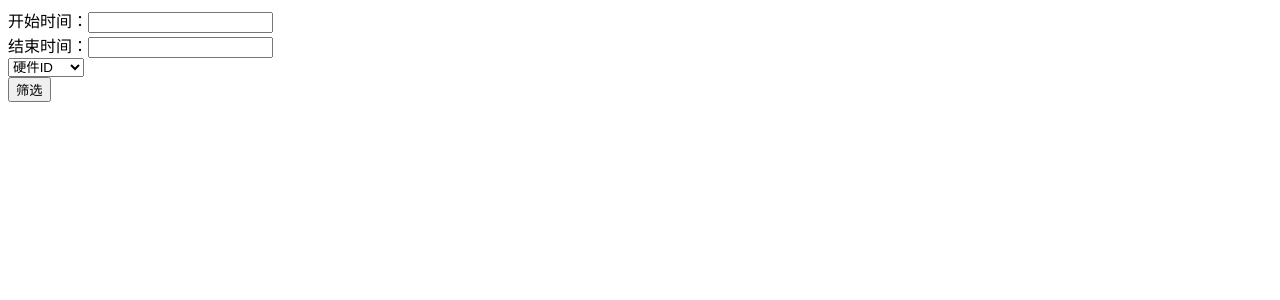
Repository: ruanhuabin/IntelliEyeShade
Page: http://localhost/IntelliEyeShade/statistics/statistics_filter.jsp
The author's editor kept a copy of each file at every save. The page is drawn from the files as they stood at one save, then again after the next save.
The browser window is 1280 px wide. The pictures show the whole page.
The page is served by Tomcat 9. Nobody is signed in. The application's start-up code is not run. Other server files are loaded and not shown.

Above is the page before, as saved 2016-11-21 09:10:49.

### IntelliEyeShade/WebRoot/statistics/statistics_filter.jsp
<%@ page language="java" import="java.util.*" contentType="text/html; charset=utf-8" %>
<%@ taglib prefix="s" uri="/struts-tags"%>
<%
String path = request.getContextPath();
String basePath = request.getScheme()+"://"+request.getServerName()+":"+request.getServerPort()+path+"/";
%>
<!DOCTYPE html>
<html>
	<meta http-equiv="content-type" content="text/html;charset=UTF-8">
	<link rel="stylesheet" type="text/css" href="../css/default.css" />
<head>
<script type="text/javascript">
function check()
{
	//alert("check body");

	var startDate = document.filter.starttime.value;
	var endDate = document.filter.endtime.value;

	var t1 = new Date(startDate.replace(/\-/g, "\/"));
	var t2 = new Date(endDate.replace(/\-/g, "\/"));

	if(startDate == "" || endDate == "")
	{
		alert("请选择开始时间或者结束时间");
		return false;

	}

	 if(startDate!="" && endDate!="" && t1 >=t2)
	 {
		  alert("开始时间不能大于结束时间！");
		  return false;
	 }



	return false;
}


function getSelectFilter(sel)
{


	var typeSelect = sel.value;

	//alert(typeSelect);

	if(typeSelect == "deviceID")
	{

		//alert("You select: " + typeSelect);
		document.filter.starttime.style.display = "none";
	}

	if(typeSelect == "bindingStatus")
	{
		document.filter.starttime.style.display = "";
	}




	return false;
}
</script>

</head>



<body>


<script type="text/javascript" src="../js/Calendar3.js"></script>
<form name="filter" action="<%=path%>/statistics/Statistics_query.action" method="post">
开始时间：<input name="starttime" type="text" id="control_date" size="20"
      maxlength="10" onclick="new Calendar().show(this);" readonly="readonly" />
<br>
结束时间：<input name="endtime" type="text" id="control_date" size="20"
      maxlength="10" onclick="new Calendar().show(this);" readonly="readonly" />
<br>
<select name="keywordSelect" onchange="return getSelectFilter(this)">
                <option value="deviceID" selected>硬件ID</option>
                <option value="bindingStatus">绑定状态</option>
</select>
<br>
<input type="submit" value="筛选" onclick="return check()"/>
</form>

</body>
</html>

### IntelliEyeShade/WebRoot/css/default.css
/* 基本样式 */


/* 去掉图片、表单边框 */
img, form {
	margin:0;
	padding:0;
	border:0;
}

/* 超链接 */
a {
	text-decoration: none;
}
a:link, a:visited {
	color:#063685;
	text-decoration:none;
}
a:hover, a:active {
	color:#FF5500;
	text-decoration:underline;
}

/* 表格 */
table.default {
	border:1px solid #0283c5;
	border-collapse:collapse;
	margin-top:5px;
}
table.default td, table.default tr.style1 td {
	padding:2 5 2 5;
	height:26px;
	border:1px solid #ffffff;
}
table.default tr, table.default tr.style1{
	background-color:#f0f0f0;
}
table.default tr.style0{
	background-color:#dfdfdf;
}
table.default tr.title td, table.default tr.ltitle td {
	font-weight:bold;
	background:#0283c5;
	color:#ffffff;
	border:1px solid #ffffff;
	white-space:nowrap;
	height:26px;
	line-height:26px;
	vertical-align:middle;
}
table.default tr.ltitle td {
	text-align:left;
}
table.default tr.title td {
	text-align:center;
	line-height:26px;
	vertical-align:middle;
}
table.default tr.subtitle td ,table.default tr.lsubtitle td {
	font-weight:bold;
	background:#69f;
	color:#ffffff;
	border:1px solid #ffffff;
	white-space:nowrap;
	height:26px;
	line-height:26px;
	vertical-align:middle;
}
table.default tr.lsubtitle td {
	text-align:left;
}
table.default tr.subtitle td {
	text-align:center;
}

table.default tr.strong td {
	font-weight:bold;
	background:#DDD;
}

table.default tr.stronghl td {
	font-weight:bold;
	background:#FFCC99;
	text-align:center;
}

table.default tr.hl td {
	background:#ffffcc/*#FFFF99*/;
}

table.default td.item {
	font-weight:bold;
	color:#333333;
	text-align:right;
}

table.default td.text {
	line-height:150%;
}

table.default td.opt {
	background:#FFFF99;
	padding-right:10px;
}

table.explain {
	margin-top:5px;
	margin-bottom:5px;
}
table.explain td {
	font-family:宋体;
	font-size:12px;
	border:1px solid #333333;
	background:#f0f0f0;
	padding:8px;
	line-height:120%;
}

table.pages {
	border:0;
}
table.pages td {
	height:26px;
}

table.reswb {
	border:1px solid #0283c5;
	border-collapse:collapse;
	margin-top:10px;
}

table.reswb tr.title td {
	padding:2 5 2 5;
	font-weight:bold;
	background:#0283c5;
	color:#ffffff;
	border:1px solid #ffffff;
	white-space:nowrap;
	height:26px;
	line-height:26px;
	vertical-align:middle;
}

table.default tr.list{
	text-align: center;
	line-height:26px;
	vertical-align:middle;
}

/* 普通信息 */
div.info {
	padding:5px 5px 5px 2px;
	margin-top:10px;
}

/* 前台导航用 */
.tdnormal {
	border-bottom:1px solid white;
}

.tdselected {
	border:1px solid white;
	border-bottom:0;
	font-weight:bold;
}
.navtab td {
	height:30px;
	color:white;
	font-size:9pt;
	text-align:center;
}
a.navbar, a.navbar:visited, a.navbar:active {text-decoration: none;color:#FFF;}
a.navbar:hover {text-decoration: underline;color:#FFF;}


/* 错误信息 */
.errorBox {
	border:1px solid #ff0000;
	padding:5px;
	background:#FFCCCC;
}
.errorMessage {
	color:#cc0000;
}
ul {
	margin-left:30px;
	margin-top:0;
	margin-bottom:0;
}

/* 分页页码样式 */
.selectedPage {
	border:1px solid #999999;
	background:#ffffcc;
	color:#000000;
	padding:0 3px 2px 3px;
}
.noSelectedPage {
	padding:0 3px 0 3px;
}
a.page {
	font-size:12px;
	text-decoration: none;
}
a.page:link, a.page:visited {
	color:#0044DD;
	text-decoration:none;
}
a.page:hover, a.page:active {
	color:#FF5500;
	text-decoration:none;
}

/* 表单元素样式 */
.input_text {
	width:200px;
	margin-right:5px;
}
.notNull {
	color:red;
}
.notice {
	color:#20A8F0;
}

/* 后台任务链接样式 */
a.navlink {
	font-family:宋体;
	height:25px;
	font-weight:normal;
	letter-spacing:1px;
	padding:4 5 0 5;
	background:#e0e0e0;
	border:2px outset;
	FILTER: progid:DXImageTransform.Microsoft.Gradient(GradientType=0, StartColorStr=#ffffff, EndColorStr=#20A8F0);
}

a.navlink {text-decoration: none;color:#000000;}
a.navlink:visited {text-decoration: none;color:#000000;}
a.navlink:active {text-decoration: none;color:#0044DD;}
a.navlink:hover {text-decoration: none;color:#FF5500;}

/* 操作按钮 */
div.oper {
	margin:5px;
	text-align:right;
}

div.oper input {
	margin-left:5px;
	margin-right:5px;
}

/* 背景色 */
.fbg {
	background:#065FB9;
}
.bbg {
	background:#04477C;
}

/* tooltip */
/*
span.tip {
	cursor:default;
}
#tooltip {
	position: absolute;
	z-index: 3000;
	border: 1px solid #111;
	background-color: #eee;
	padding: 5px;
	opacity: 0.85;
}
#tooltip h3, #tooltip div {
	font-size:12px;
	margin: 0;
}
*/

/* 特殊高亮文本 */
span.spec {
	color:#003399;
}

/* 特殊灰色文本 */
span.gray {
	color:#666;
}

/* 黄色背景 */
.bg1 {
	background:#FFCC99;/*#FFFF99;*/
}

/* 绿色背景 */
.bg2 {
	background:#99CC99;
}

/* 文章样式 */

div.title {
	font-size:16px;
	font-weight:bold;
	background:#FFFF99;
	border-bottom:2px solid #000;
	padding:5px;
	margin-bottom:10px;
}

div.content {
	font-size:14px;
	line-height:150%;
}

div.faq-q {
	padding:5px;
	background:#DDD;
	font-weight:bold;
}

div.faq-a {
	padding:5px;
	line-height:150%;
	font-size:16px;
}

/* 问卷样式 */
.option {
	margin-right:10px;
}

.answer {
	background:#060;
	color:white;
	font-weight:bold;
	padding:2px;
}

table.stat {
	border-collapse:collapse;
}
table.stat td {
	border:0;
	padding-left:20px;
}
hr.percent {
	height:10px;
	color:#093;
	border:1px solid black;
}

td.indent {
	padding-left:10px;
}

#page_explain {
	display:none;
}

#navDiv {
	color:#333;
	padding-left:10px;
	line-height:30px;
	background:#CCFF99;
	border-bottom:1px solid #065FB9;
	height:30px;
	padding-top:6px;
}
/*--------分页样式-----------*/
.pager-top {
    overflow:hidden;
    padding:5px 10px 0;
    color:#333333;
    font-family:Tahoma,Verdana,sans-serif,simsun;
    font-size:12px;
    margin-top:10px;
    border-bottom:1px solid #D8DFEA;
}
.pager-top span {
    float:left;
    padding-bottom:6px;
}
.pagerpro {
    float:right;
    list-style-image:none;
    list-style-position:outside;
    list-style-type:none;
    margin:0;
    padding:0;
}
.pagerpro li {
    display:inline;
    float:left;
}
.pagerpro li a.chn {
    font-size:12px;
}
.pagerpro li a {
    display:block;
    font-size:11px;
    padding:3px 3px 2px;
    color:#005EAC;
    text-decoration:none;
}
.pagerpro li a.chn:hover {
    border-bottom:1px solid #005EAC;
}
.pagerpro li a:hover {
    background:#005EAC none repeat scroll 0 0;
    border-bottom:2px solid #005EAC;
    border-color:#D8DFEA #D8DFEA #005EAC;
    color:#FFFFFF;
    text-decoration:none;
}
.pagerpro li.current a, .pagerpro li.current a:hover {
    background:transparent none repeat scroll 0 0;
    border-bottom:2px solid #005EAC;
    border-color:#005EAC;
    color:#005EAC;
    font-weight:700;
    padding-left:2px;
    padding-right:2px;
}
.marquee_txt{
	font-size:12px;
	font-family:"微软雅黑";
	margin-top:5px;
	margin-left:auto;
    margin-right:auto;
    width:222px;
}

### IntelliEyeShade/WebRoot/js/Calendar3.js

/////////////////////////调用实例
//        <div>
//                <span>交易查询：</span> <span>从
//                    <input name="control_date" type="text" id="control_date" size="10"
//                        maxlength="10" onclick="new Calendar().show(this);" readonly="readonly" />
//                    <input type="button" name="button" id="button" value="button" onclick="new Calendar().show(this.form.control_date);" /></span>
//                <span>至
//                    <input name="control_date2" type="text" id="control_date2" size="10"
//                        maxlength="10" onclick="new Calendar().show(this);" readonly="readonly" />
//                    <input type="button" name="button" id="button1" value="button" onclick="new Calendar().show(this.form.control_date2);" /></span>

//        </div>


/**
 * Calendar
 * @param   beginYear           1990
 * @param   endYear             2010
 * @param   language            0(zh_cn)|1(en_us)|2(en_en)|3(zh_tw)
 * @param   patternDelimiter    "-"
 * @param   date2StringPattern  "yyyy-MM-dd"
 * @param   string2DatePattern  "ymd"
 * @version 1.0 build 2006-04-01
 * @version 1.1 build 2006-12-17
 * @author  KimSoft (jinqinghua [at] gmail.com)
 * NOTE!    you can use it free, but keep the copyright please
 * IMPORTANT:you must include this script file inner html body elment
 */
function Calendar(beginYear, endYear, language, patternDelimiter, date2StringPattern, string2DatePattern) {
	this.beginYear = beginYear || 1990;
	this.endYear   = endYear   || 2020;
	this.language  = language  || 0;
	this.patternDelimiter = patternDelimiter     || "-";
	this.date2StringPattern = date2StringPattern || Calendar.language["date2StringPattern"][this.language].replace(/\-/g, this.patternDelimiter);
	this.string2DatePattern = string2DatePattern || Calendar.language["string2DatePattern"][this.language];

	this.dateControl = null;
	this.panel  = this.getElementById("__calendarPanel");
	this.iframe = window.frames["__calendarIframe"];
	this.form   = null;

	this.date = new Date();
	this.year = this.date.getFullYear();
	this.month = this.date.getMonth();

	this.colors = {"bg_cur_day":"#00CC33","bg_over":"#EFEFEF","bg_out":"#FFCC00"}
};

Calendar.language = {
	"year"   : ["\u5e74", "", "", "\u5e74"],
	"months" : [
				["\u4e00\u6708","\u4e8c\u6708","\u4e09\u6708","\u56db\u6708","\u4e94\u6708","\u516d\u6708","\u4e03\u6708","\u516b\u6708","\u4e5d\u6708","\u5341\u6708","\u5341\u4e00\u6708","\u5341\u4e8c\u6708"],
				["JAN","FEB","MAR","APR","MAY","JUN","JUL","AUG","SEP","OCT","NOV","DEC"],
				["JAN","FEB","MAR","APR","MAY","JUN","JUL","AUG","SEP","OCT","NOV","DEC"],
				["\u4e00\u6708","\u4e8c\u6708","\u4e09\u6708","\u56db\u6708","\u4e94\u6708","\u516d\u6708","\u4e03\u6708","\u516b\u6708","\u4e5d\u6708","\u5341\u6708","\u5341\u4e00\u6708","\u5341\u4e8c\u6708"]
				],
	"weeks"  : [["\u65e5","\u4e00","\u4e8c","\u4e09","\u56db","\u4e94","\u516d"],
				["Sun","Mon","Tur","Wed","Thu","Fri","Sat"],
				["Sun","Mon","Tur","Wed","Thu","Fri","Sat"],
				["\u65e5","\u4e00","\u4e8c","\u4e09","\u56db","\u4e94","\u516d"]
		],
	"clear"  : ["\u6e05\u7a7a", "Clear", "Clear", "\u6e05\u7a7a"],
	"today"  : ["\u4eca\u5929", "Today", "Today", "\u4eca\u5929"],
	"close"  : ["\u5173\u95ed", "Close", "Close", "\u95dc\u9589"],
	"date2StringPattern" : ["yyyy-MM-dd", "yyyy-MM-dd", "yyyy-MM-dd", "yyyy-MM-dd"],
	"string2DatePattern" : ["ymd","ymd", "ymd", "ymd"]
};

Calendar.prototype.draw = function() {
	calendar = this;

	var _cs = [];
	_cs[_cs.length] = '<form id="__calendarForm" name="__calendarForm" method="post">';
	_cs[_cs.length] = '<table id="__calendarTable" width="100%" border="0" cellpadding="3" cellspacing="1" align="center">';
	_cs[_cs.length] = ' <tr>';
	_cs[_cs.length] = '  <th><input class="l" name="goPrevMonthButton" type="button" id="goPrevMonthButton" value="&lt;" \/><\/th>';
	_cs[_cs.length] = '  <th colspan="5"><select class="year" name="yearSelect" id="yearSelect"><\/select><select class="month" name="monthSelect" id="monthSelect"><\/select><\/th>';
	_cs[_cs.length] = '  <th><input class="r" name="goNextMonthButton" type="button" id="goNextMonthButton" value="&gt;" \/><\/th>';
	_cs[_cs.length] = ' <\/tr>';
	_cs[_cs.length] = ' <tr>';
	for(var i = 0; i < 7; i++) {
		_cs[_cs.length] = '<th class="theader">';
		_cs[_cs.length] = Calendar.language["weeks"][this.language][i];
		_cs[_cs.length] = '<\/th>';
	}
	_cs[_cs.length] = '<\/tr>';
	for(var i = 0; i < 6; i++){
		_cs[_cs.length] = '<tr align="center">';
		for(var j = 0; j < 7; j++) {
			switch (j) {
				case 0: _cs[_cs.length] = '<td class="sun">&nbsp;<\/td>'; break;
				case 6: _cs[_cs.length] = '<td class="sat">&nbsp;<\/td>'; break;
				default:_cs[_cs.length] = '<td class="normal">&nbsp;<\/td>'; break;
			}
		}
		_cs[_cs.length] = '<\/tr>';
	}
	_cs[_cs.length] = ' <tr>';
	_cs[_cs.length] = '  <th colspan="2"><input type="button" class="b" name="clearButton" id="clearButton" \/><\/th>';
	_cs[_cs.length] = '  <th colspan="3"><input type="button" class="b" name="selectTodayButton" id="selectTodayButton" \/><\/th>';
	_cs[_cs.length] = '  <th colspan="2"><input type="button" class="b" name="closeButton" id="closeButton" \/><\/th>';
	_cs[_cs.length] = ' <\/tr>';
	_cs[_cs.length] = '<\/table>';
	_cs[_cs.length] = '<\/form>';

	this.iframe.document.body.innerHTML = _cs.join("");
	this.form = this.iframe.document.forms["__calendarForm"];

	this.form.clearButton.value = Calendar.language["clear"][this.language];
	this.form.selectTodayButton.value = Calendar.language["today"][this.language];
	this.form.closeButton.value = Calendar.language["close"][this.language];

	this.form.goPrevMonthButton.onclick = function () {calendar.goPrevMonth(this);}
	this.form.goNextMonthButton.onclick = function () {calendar.goNextMonth(this);}
	this.form.yearSelect.onchange = function () {calendar.update(this);}
	this.form.monthSelect.onchange = function () {calendar.update(this);}

	this.form.clearButton.onclick = function () {calendar.dateControl.value = "";calendar.hide();}
	this.form.closeButton.onclick = function () {calendar.hide();}
	this.form.selectTodayButton.onclick = function () {
		var today = new Date();
		calendar.date = today;
		calendar.year = today.getFullYear();
		calendar.month = today.getMonth();
		calendar.dateControl.value = today.format(calendar.date2StringPattern);
		calendar.hide();
	}
};

Calendar.prototype.bindYear = function() {
	var ys = this.form.yearSelect;
	ys.length = 0;
	for (var i = this.beginYear; i <= this.endYear; i++){
		ys.options[ys.length] = new Option(i + Calendar.language["year"][this.language], i);
	}
};

Calendar.prototype.bindMonth = function() {
	var ms = this.form.monthSelect;
	ms.length = 0;
	for (var i = 0; i < 12; i++){
		ms.options[ms.length] = new Option(Calendar.language["months"][this.language][i], i);
	}
};

Calendar.prototype.goPrevMonth = function(e){
	if (this.year == this.beginYear && this.month == 0){return;}
	this.month--;
	if (this.month == -1) {
		this.year--;
		this.month = 11;
	}
	this.date = new Date(this.year, this.month, 1);
	this.changeSelect();
	this.bindData();
};

Calendar.prototype.goNextMonth = function(e){
	if (this.year == this.endYear && this.month == 11){return;}
	this.month++;
	if (this.month == 12) {
		this.year++;
		this.month = 0;
	}
	this.date = new Date(this.year, this.month, 1);
	this.changeSelect();
	this.bindData();
};

Calendar.prototype.changeSelect = function() {
	var ys = this.form.yearSelect;
	var ms = this.form.monthSelect;
	for (var i= 0; i < ys.length; i++){
		if (ys.options[i].value == this.date.getFullYear()){
			ys[i].selected = true;
			break;
		}
	}
	for (var i= 0; i < ms.length; i++){
		if (ms.options[i].value == this.date.getMonth()){
			ms[i].selected = true;
			break;
		}
	}
};

Calendar.prototype.update = function (e){
	this.year  = e.form.yearSelect.options[e.form.yearSelect.selectedIndex].value;
	this.month = e.form.monthSelect.options[e.form.monthSelect.selectedIndex].value;
	this.date = new Date(this.year, this.month, 1);
	this.changeSelect();
	this.bindData();
};

Calendar.prototype.bindData = function () {
	var calendar = this;
	var dateArray = this.getMonthViewDateArray(this.date.getFullYear(), this.date.getMonth());
	var tds = this.getElementsByTagName("td", this.getElementById("__calendarTable", this.iframe.document));
	for(var i = 0; i < tds.length; i++) {
  		tds[i].style.backgroundColor = calendar.colors["bg_over"];
		tds[i].onclick = null;
		tds[i].onmouseover = null;
		tds[i].onmouseout = null;
		tds[i].innerHTML = dateArray[i] || "&nbsp;";
		if (i > dateArray.length - 1) continue;
		if (dateArray[i]){
			tds[i].onclick = function () {
				if (calendar.dateControl){
					calendar.dateControl.value = new Date(calendar.date.getFullYear(),
														calendar.date.getMonth(),
														this.innerHTML).format(calendar.date2StringPattern);
				}
				calendar.hide();
			}
			tds[i].onmouseover = function () {this.style.backgroundColor = calendar.colors["bg_out"];}
			tds[i].onmouseout  = function () {this.style.backgroundColor = calendar.colors["bg_over"];}
			var today = new Date();
			if (today.getFullYear() == calendar.date.getFullYear()) {
				if (today.getMonth() == calendar.date.getMonth()) {
					if (today.getDate() == dateArray[i]) {
						tds[i].style.backgroundColor = calendar.colors["bg_cur_day"];
						tds[i].onmouseover = function () {this.style.backgroundColor = calendar.colors["bg_out"];}
						tds[i].onmouseout  = function () {this.style.backgroundColor = calendar.colors["bg_cur_day"];}
					}
				}
			}
		}//end if
	}//end for
};

Calendar.prototype.getMonthViewDateArray = function (y, m) {
	var dateArray = new Array(42);
	var dayOfFirstDate = new Date(y, m, 1).getDay();
	var dateCountOfMonth = new Date(y, m + 1, 0).getDate();
	for (var i = 0; i < dateCountOfMonth; i++) {
		dateArray[i + dayOfFirstDate] = i + 1;
	}
	return dateArray;
};

Calendar.prototype.show = function (dateControl, popuControl) {
	if (this.panel.style.visibility == "visible") {
		this.panel.style.visibility = "hidden";
	}
	if (!dateControl){
		throw new Error("arguments[0] is necessary!")
	}
	this.dateControl = dateControl;
	popuControl = popuControl || dateControl;

	this.draw();
	this.bindYear();
	this.bindMonth();
	if (dateControl.value.length > 0){
		this.date  = new Date(dateControl.value.toDate(this.patternDelimiter, this.string2DatePattern));
		this.year  = this.date.getFullYear();
		this.month = this.date.getMonth();
	}
	this.changeSelect();
	this.bindData();

	var xy = this.getAbsPoint(popuControl);
	this.panel.style.left = xy.x + "px";
	this.panel.style.top = (xy.y + dateControl.offsetHeight) + "px";
	this.panel.style.visibility = "visible";
};

Calendar.prototype.hide = function() {
	this.panel.style.visibility = "hidden";
};

Calendar.prototype.getElementById = function(id, object){
	object = object || document;
	return document.getElementById ? object.getElementById(id) : document.all(id);
};

Calendar.prototype.getElementsByTagName = function(tagName, object){
	object = object || document;
	return document.getElementsByTagName ? object.getElementsByTagName(tagName) : document.all.tags(tagName);
};

Calendar.prototype.getAbsPoint = function (e){
	var x = e.offsetLeft;
	var y = e.offsetTop;
	while(e = e.offsetParent){
		x += e.offsetLeft;
		y += e.offsetTop;
	}
	return {"x": x, "y": y};
};

/**
 * @param   d the delimiter
 * @param   p the pattern of your date
 * @author  meizz
 * @author  kimsoft add w+ pattern
 */
Date.prototype.format = function(style) {
	var o = {
		"M+" : this.getMonth() + 1, //month
		"d+" : this.getDate(),      //day
		"h+" : this.getHours(),     //hour
		"m+" : this.getMinutes(),   //minute
		"s+" : this.getSeconds(),   //second
		"w+" : "\u65e5\u4e00\u4e8c\u4e09\u56db\u4e94\u516d".charAt(this.getDay()),   //week
		"q+" : Math.floor((this.getMonth() + 3) / 3),  //quarter
		"S"  : this.getMilliseconds() //millisecond
	}
	if (/(y+)/.test(style)) {
		style = style.replace(RegExp.$1, (this.getFullYear() + "").substr(4 - RegExp.$1.length));
	}
	for(var k in o){
		if (new RegExp("("+ k +")").test(style)){
			style = style.replace(RegExp.$1, RegExp.$1.length == 1 ? o[k] : ("00" + o[k]).substr(("" + o[k]).length));
		}
	}
	return style;
};

/**
 * @param d the delimiter
 * @param p the pattern of your date
 * @rebuilder kimsoft
 * @version build 2006.12.15
 */
String.prototype.toDate = function(delimiter, pattern) {
	delimiter = delimiter || "-";
	pattern = pattern || "ymd";
	var a = this.split(delimiter);
	var y = parseInt(a[pattern.indexOf("y")], 10);
	//remember to change this next century ;)
	if(y.toString().length <= 2) y += 2000;
	if(isNaN(y)) y = new Date().getFullYear();
	var m = parseInt(a[pattern.indexOf("m")], 10) - 1;
	var d = parseInt(a[pattern.indexOf("d")], 10);
	if(isNaN(d)) d = 1;
	return new Date(y, m, d);
};

document.writeln('<div id="__calendarPanel" style="position:absolute;visibility:hidden;z-index:9999;background-color:#FFFFFF;border:1px solid #666666;width:200px;height:216px;">');
document.writeln('<iframe name="__calendarIframe" id="__calendarIframe" width="100%" height="100%" scrolling="no" frameborder="0" style="margin:0px;"><\/iframe>');
var __ci = window.frames['__calendarIframe'];
__ci.document.writeln('<!DOCTYPE html PUBLIC "-\/\/W3C\/\/DTD XHTML 1.0 Transitional\/\/EN" "http:\/\/www.w3.org\/TR\/xhtml1\/DTD\/xhtml1-transitional.dtd">');
__ci.document.writeln('<html xmlns="http:\/\/www.w3.org\/1999\/xhtml">');
__ci.document.writeln('<head>');
__ci.document.writeln('<meta http-equiv="Content-Type" content="text\/html; charset=utf-8" \/>');
__ci.document.writeln('<title>Web Calendar(UTF-8) Written By KimSoft<\/title>');
__ci.document.writeln('<style type="text\/css">');
__ci.document.writeln('<!--');
__ci.document.writeln('body {font-size:12px;margin:0px;text-align:center;}');
__ci.document.writeln('form {margin:0px;}');
__ci.document.writeln('select {font-size:12px;background-color:#EFEFEF;}');
__ci.document.writeln('table {border:0px solid #CCCCCC;background-color:#FFFFFF}');
__ci.document.writeln('th {font-size:12px;font-weight:normal;background-color:#FFFFFF;}');
__ci.document.writeln('th.theader {font-weight:normal;background-color:#666666;color:#FFFFFF;width:24px;}');
__ci.document.writeln('select.year {width:64px;}');
__ci.document.writeln('select.month {width:60px;}');
__ci.document.writeln('td {font-size:12px;text-align:center;}');
__ci.document.writeln('td.sat {color:#0000FF;background-color:#EFEFEF;}');
__ci.document.writeln('td.sun {color:#FF0000;background-color:#EFEFEF;}');
__ci.document.writeln('td.normal {background-color:#EFEFEF;}');
__ci.document.writeln('input.l {border: 1px solid #CCCCCC;background-color:#EFEFEF;width:20px;height:20px;}');
__ci.document.writeln('input.r {border: 1px solid #CCCCCC;background-color:#EFEFEF;width:20px;height:20px;}');
__ci.document.writeln('input.b {border: 1px solid #CCCCCC;background-color:#EFEFEF;width:100%;height:20px;}');
__ci.document.writeln('-->');
__ci.document.writeln('<\/style>');
__ci.document.writeln('<\/head>');
__ci.document.writeln('<body>');
__ci.document.writeln('<\/body>');
__ci.document.writeln('<\/html>');
__ci.document.close();
document.writeln('<\/div>');
var calendar = new Calendar();
//-->

After the next save:
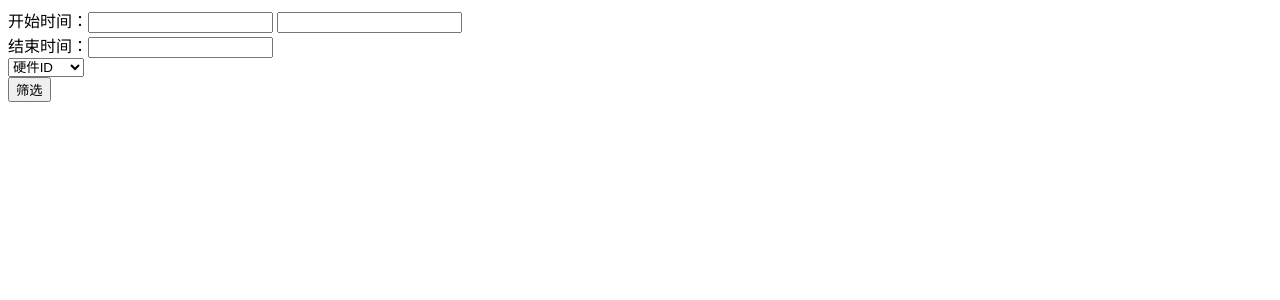
Saved 15 h 55 min later.
--- a/IntelliEyeShade/WebRoot/statistics/statistics_filter.jsp
+++ b/IntelliEyeShade/WebRoot/statistics/statistics_filter.jsp
@@ -77,6 +77,8 @@
 <form name="filter" action="<%=path%>/statistics/Statistics_query.action" method="post">
 开始时间：<input name="starttime" type="text" id="control_date" size="20"
       maxlength="10" onclick="new Calendar().show(this);" readonly="readonly" />
+
+      <input name="keyword" size="20" type="text" style.display="none">
 <br>
 结束时间：<input name="endtime" type="text" id="control_date" size="20"
       maxlength="10" onclick="new Calendar().show(this);" readonly="readonly" />

After the 3 saves that followed:
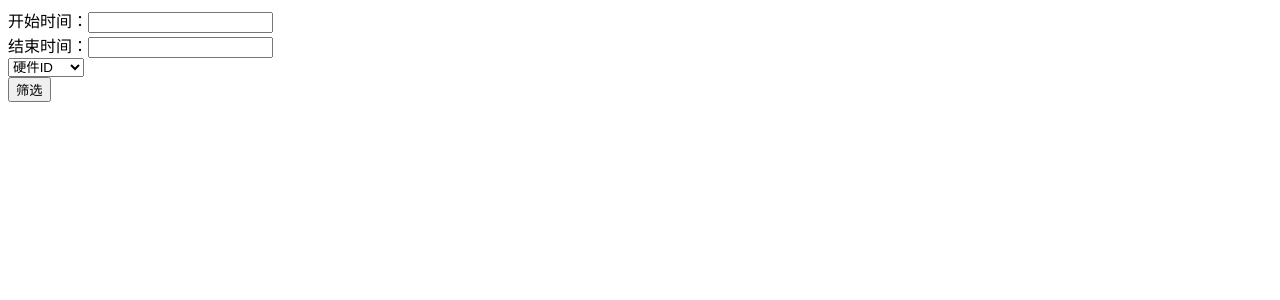
The 3 saves are shown as one change because 2 left the picture as it was.
The last was saved 4 min 19 s later.
--- a/IntelliEyeShade/WebRoot/statistics/statistics_filter.jsp
+++ b/IntelliEyeShade/WebRoot/statistics/statistics_filter.jsp
@@ -78,7 +78,7 @@
 开始时间：<input name="starttime" type="text" id="control_date" size="20"
       maxlength="10" onclick="new Calendar().show(this);" readonly="readonly" />
 
-      <input name="keyword" size="20" type="text" style.display="none">
+      <input name="keyword" size="20" type="text" style="display:none"/>
 <br>
 结束时间：<input name="endtime" type="text" id="control_date" size="20"
       maxlength="10" onclick="new Calendar().show(this);" readonly="readonly" />
